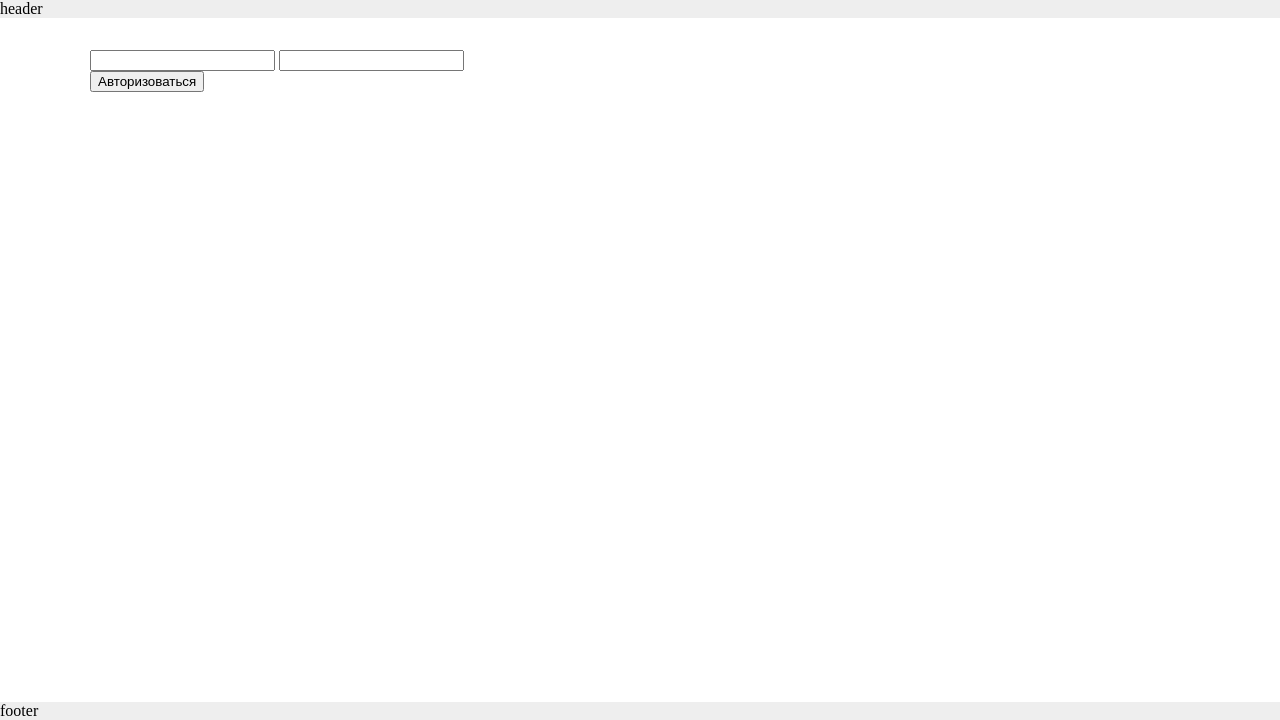
Repository: slep0y/fakeAuth
Page: index.html
These files come from the project's save history. The page is drawn as it stood at one moment and after the next save; the edit follows.
The browser window is 1280 px wide. The pictures show the whole page.
The style sheet was rebuilt from its Sass, Less or Tailwind sources for each picture, by a compiler version that may differ from the author's.

Above is the page before, as saved 2025-01-19 12:43:17.

After the next save:
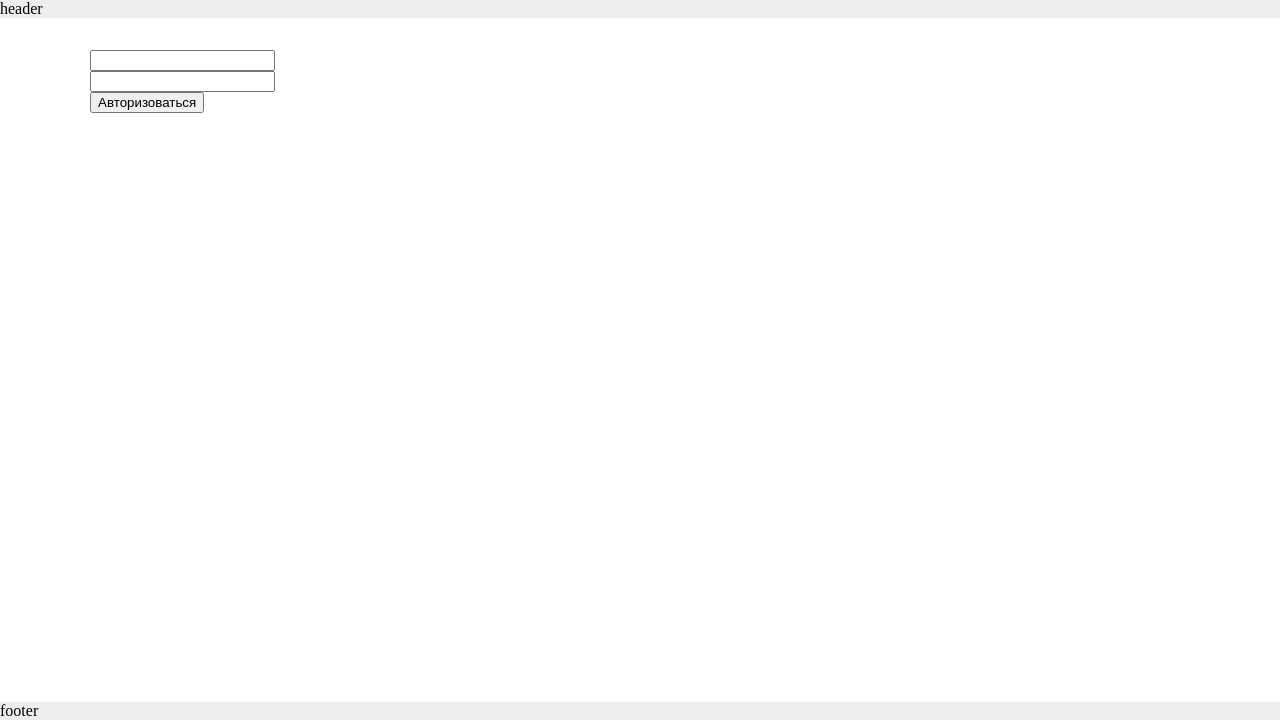
Saved 9 s later.
--- a/styles/blocks/form/_form.scss
+++ b/styles/blocks/form/_form.scss
@@ -1,3 +1,3 @@
 .form{
-
+    max-width: 300px;
 }
